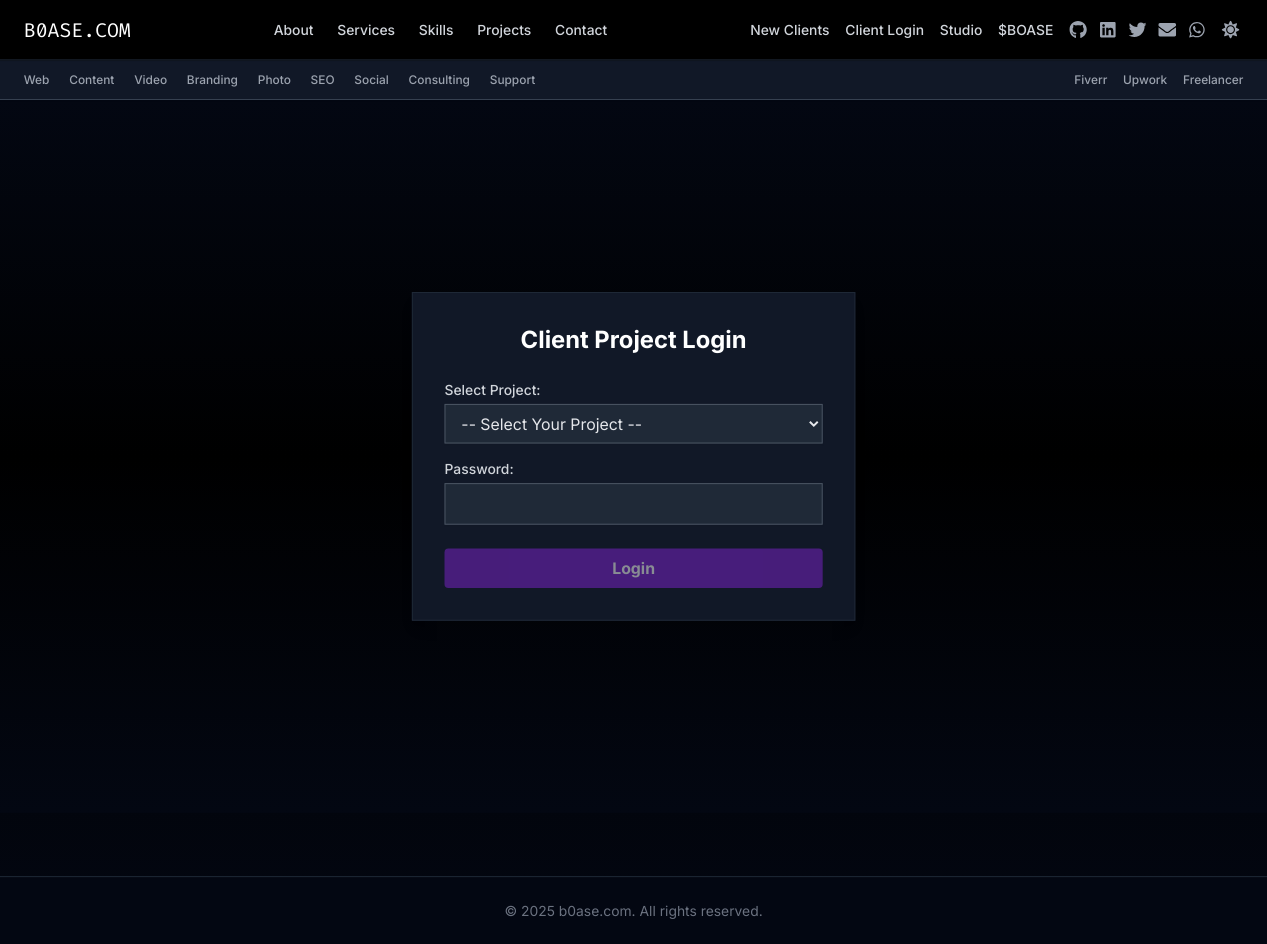
Repository: b0ase/rafskitchen
Page: /login
An editor plug-in stored every save of this project. The page is shown before and after the next save, followed by the edit.
The browser window is 1280 px wide. The pictures show the whole page, at 99% of full size.
The page's requests for data from a server got no answer. The project was rebuilt for these pictures with package versions that can differ from the ones it lists, and the page was loaded fresh each time. The framework's server and built-in components were replaced by stand-ins that run in the browser. No one was signed in, and anything a server would have sent is missing. Also part of the build but not shown: next.config.js.

Above is the page before, as saved 2025-05-03 18:58:06.

After the next save:
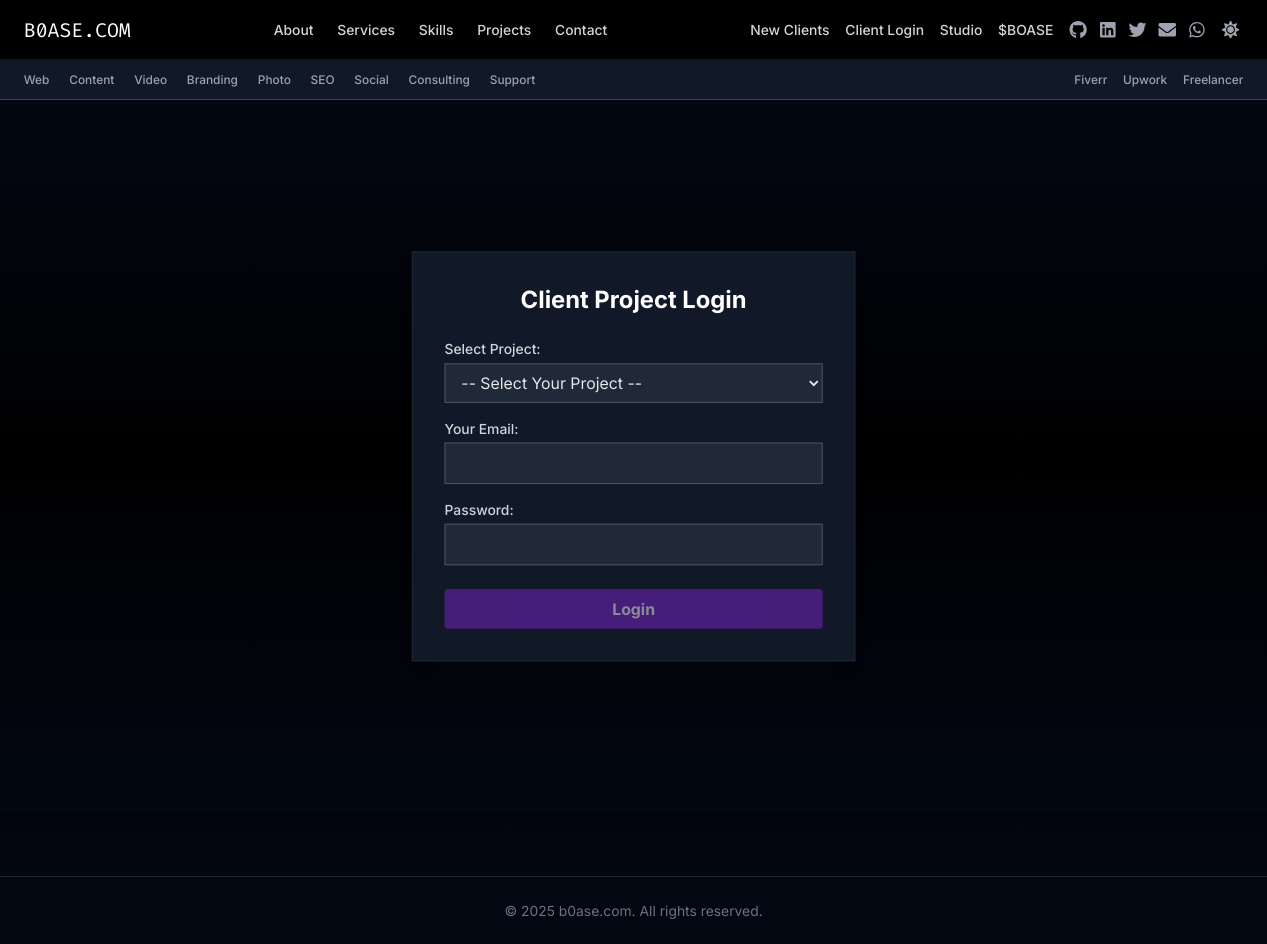
Saved 56 s later.
--- a/app/login/page.tsx
+++ b/app/login/page.tsx
@@ -6,6 +6,7 @@
 
 export default function LoginPage() {
   const [selectedProject, setSelectedProject] = useState<string>('');
+  const [email, setEmail] = useState<string>('');
   const [password, setPassword] = useState<string>('');
   const [error, setError] = useState<string>('');
   const [loading, setLoading] = useState<boolean>(false);
@@ -22,7 +23,7 @@
       const res = await fetch('/api/client-login', {
         method: 'POST',
         headers: { 'Content-Type': 'application/json' },
-        body: JSON.stringify({ projectSlug: selectedProject, password }),
+        body: JSON.stringify({ projectSlug: selectedProject, email, password }),
       });
       const data = await res.json();
       if (res.ok && data.success) {
@@ -68,6 +69,20 @@
               </select>
             </div>
 
+            <div className="mb-4">
+              <label htmlFor="email" className="block text-sm font-medium text-gray-300 mb-1">
+                Your Email:
+              </label>
+              <input
+                type="email"
+                id="email"
+                value={email}
+                onChange={(e) => setEmail(e.target.value)}
+                required
+                className="w-full px-3 py-2 bg-gray-800 border border-gray-600 text-gray-200 focus:ring-1 focus:ring-blue-500 focus:border-blue-500 outline-none shadow-sm"
+              />
+            </div>
+
             <div className="mb-6">
               <label htmlFor="password" className="block text-sm font-medium text-gray-300 mb-1">
                 Password:
@@ -85,7 +100,7 @@
             <button
               type="submit"
               className="w-full bg-purple-700 hover:bg-purple-600 text-white font-bold py-2 px-4 rounded disabled:opacity-50"
-              disabled={loading || !selectedProject || !password}
+              disabled={loading || !selectedProject || !email || !password}
             >
               {loading ? 'Logging in...' : 'Login'}
             </button>
